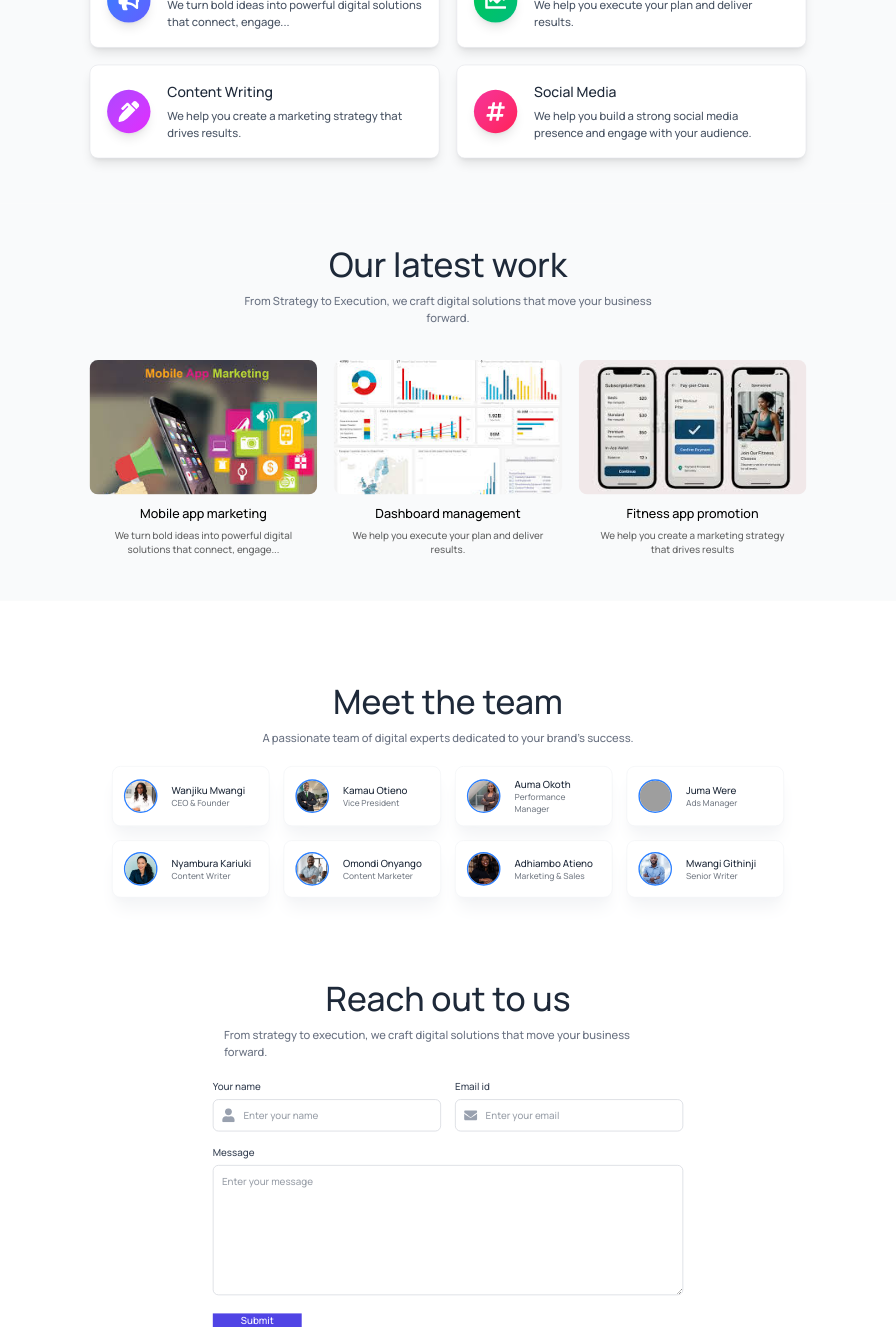
Repository: Prolenzy/magex
Page: /
The author's editor kept a copy of each file at every save. The page is drawn from the files as they stood at one save, then again after a run of saves.
The browser window is 1280 px wide. The pictures show the part of the page from y = 1396 to 3316 px (the page is 3292 px tall before and 3316 px after), at 70% of full size.
Pictures or frames that could not be fetched are drawn as grey boxes. The project was rebuilt for these pictures with package versions that can differ from the ones it lists, and the page was loaded fresh each time. Also part of the build but not shown: vite.config.js.

Above is the page before, as saved 2025-08-17 03:32:09.

### index.html
<!doctype html>
<html lang="en" class="scroll-smooth">
  <head>
    <meta charset="UTF-8" />
    <link rel="icon" type="image/svg+xml" href="/touch-icon.png" />
    <meta name="viewport" content="width=device-width, initial-scale=1.0" />
    <title>Magex | Digital Experiences Powered by Imagination</title>
  </head>
  <body>
    <div id="root"></div>
    <script type="module" src="/src/main.jsx"></script>
  </body>
</html>

### src/index.css
@import url('https://fonts.googleapis.com/css2?family=Manrope:wght@200..800&display=swap');

@import "tailwindcss";

/* @custom-variant dark (&:where(.dark, .dark *)); */

*{
  font-family: "Manrope", sans-serif;
  font-weight: 500;
}

@theme {
  --color-primary: #5044E5;
}

### src/App.jsx
import React from 'react'
import Navbar from './components/Navbar'
import Hero from './components/Hero'
import Trustedby from './components/Trustedby'
import Services from './components/Services'
import OurWork from './components/OurWork'
import Teams from './components/Teams'
import ContactUs from './components/ContactUs'

const App = () => {
  return (
    <div>
      <Navbar />
      <Hero />
      <Trustedby />
      <Services />
      <OurWork />
      <Teams />
      <ContactUs />
    </div>
  )
}

export default App

### src/components/Navbar.jsx
import React, { useState } from 'react'

const Navbar = () => {

    const [sidebarOpen, setSidebarOpen] = useState(false)
  return (
    <div className='flex justify-between items-center px-4 sm:px-12 lg:px-24 xl:px-40 py-4
    sticky top-0 z-20 backdrop-blur-xl font-medium bg-white/50 dark:bg-gray-900/70'>

        <img src='/dox1.png' className='w-32 sm:w-40' alt=''/>

        <div className={`text-gray-700 sm:text-sm ${!sidebarOpen ? 'max-sm:w-0 overflow-hidden' :
        'max-sm:w-60 max-sm:pl-10'} max-sm:fixed top-0 bottom-0 right-0 max-sm:min-h-screen
        max-sm:h-full max-sm:flex-col max-sm:bg-primary max-sm:text-white max-sm:pt-20
        flex sm:items-center gap-5 transition-all`}>

             <img src='/ter1.png' alt='' className='w-5 absolute right-4 top-4 sm:hidden'
             onClick={() => setSidebarOpen(false)}/>

            <a onClick={() => setSidebarOpen(false)} href='#' className='sm:hover:border-b'>Home</a>
            <a onClick={() => setSidebarOpen(false)} href='#services' className='sm:hover:border-b'>services</a>
            <a onClick={() => setSidebarOpen(false)} href='#our-work' className='sm:hover:border-b'>Our Work</a>
            <a onClick={() => setSidebarOpen(false)} href='#contact-us' className='sm:hover:border-b'>Contact Us</a>
        </div>
        <div className='flex items-center gap-2 sm:gap-4'>

            <img src='/2001.png' alt='' onClick={() => setSidebarOpen(true)}
            className='w-8 sm:hidden' />
            <a href='#contact-us' className='text-sm max-sm:hidden flex items-center gap-2
            bg-primary text-white px-6 py-2 rounded-full cursor-pointer
            hover:scale-103 transition-all'>
                Connect <img src='/vay1.png' width={14} alt=''/>
            </a>
        </div>
    </div>
  )
}

export default Navbar

### src/components/Hero.jsx
import React from 'react'

const Hero = () => {
  return (
    <div id='hero' className='flex flex-col items-center gap-6 py-20 px-4 sm:px-12 lg:px-24
    xl:px-40 text-center w-full overflow-hidden text-gray-700'>

        <h1 className='text-4xl sm:text-5xl md:text-6xl xl:text-[84px] font-medium xl-leading-[95px]
        max-w-5xl'>
            Turning imaginations into <span className='bg-gradient-to-r from-[#5044e5]
            to-[#4d8cea] bg-clip-text text-transparent'>digital</span> impact.
        </h1>

        <p className='text-sm sm:text-lg font-medium text-gray-500 dark:text-white/75
        max-w-4/5 sm:max-w-lg pm-3'>Creating meaningful connections and turning big ideas
        into interactive digital
            experiences.</p>

            <div className='relative'>
                <img src='/macbook1.png' alt='' className='w-full max-w-6xl'/>
            </div>
    </div>
  )
}

export default Hero

### src/components/Trustedby.jsx
import React from 'react'

const Trustedby = () => {
    const company_logos = [
    '/Amazon1.png',
    '/fedex1.png',
    '/Hyundai1.png',
    '/mobil1.png',
    '/Nivea1.png',
    '/rolex1.png'
  ];
  return (
    <div className='flex flex-col items-center px-4 sm:px-12 lg:px-24 xl:px-40 gap-10
    text-gray-700 dark:text-white/80'>
        <h2 className='font-semibold'>Trusted by Leading Companies</h2>
        <div className='flex items-center justify-center flex-wrap gap-10 m-4'>
            {company_logos.map((logo, index) => (
                <img key={index} src={logo} alt={`Company Logo ${index + 1}`} className='max-h-10
                sm:max-h-12 md:max-h-14 dark:drop-shadow-1xl object-contain' />
            ))}
        </div>
    </div>
  )
}

export default Trustedby

### src/components/Services.jsx
import React from 'react';
import Title from './Title';
import {
  FaBullhorn, FaChartLine, FaPenAlt, FaHashtag
} from 'react-icons/fa';
import ServiceCard from './ServiceCard';

const Services = () => {
  const servicesData = [
    {
      title: 'Advertising',
      description: 'We turn bold ideas into powerful digital solutions that connect, engage...',
      icon: <FaBullhorn className="text-3xl" />,
      color: 'from-blue-500 to-indigo-500'
    },
    {
      title: 'Content Marketing',
      description: 'We help you execute your plan and deliver results.',
      icon: <FaChartLine className="text-3xl" />,
      color: 'from-green-500 to-emerald-500'
    },
    {
      title: 'Content Writing',
      description: 'We help you create a marketing strategy that drives results.',
      icon: <FaPenAlt className="text-3xl" />,
      color: 'from-purple-500 to-fuchsia-500'
    },
    {
      title: 'Social Media',
      description: 'We help you build a strong social media presence and engage with your audience.',
      icon: <FaHashtag className="text-3xl" />,
      color: 'from-pink-500 to-rose-500'
    }
  ];

  return (
    <section id='services' className='relative py-16 px-4 sm:px-8 lg:px-16 xl:px-32 bg-gray-50 dark:bg-gray-900'>
      <div className='max-w-7xl mx-auto flex flex-col items-center'> {/* Centered container */}
        <div className='w-full text-center mb-12'> {/* Full width but centered content */}
          <Title
            title='How can we help?'
            desc='From strategy to execution, we craft digital solutions that move your business forward.'
          />
        </div>

        <div className='grid grid-cols-1 md:grid-cols-2 gap-6 w-full'>
          {servicesData.map((service, index) => (
            <ServiceCard
              key={index}
              service={service}
              index={index}
            />
          ))}
        </div>
      </div>
    </section>
  );
};

export default Services;

### src/components/OurWork.jsx
import React from 'react'
import Title from './Title'

const OurWork = () => {
    const workData = [
        {
            title: 'Mobile app marketing',
            description: 'We turn bold ideas into powerful digital solutions that connect, engage...',
            image: '/mobile.jpeg'
        },
        {
            title: 'Dashboard management',
            description: 'We help you execute your plan and deliver results.',
            image: '/dashboard.jpeg'
        },
        {
            title: 'Fitness app promotion',
            description: 'We help you create a marketing strategy that drives results',
            image: '/fitness.jpeg'
        }
    ]

    return (
        <section id='our-work' className='py-16 px-4 sm:px-8 lg:px-16 xl:px-32 bg-gray-50 dark:bg-gray-900'>
            <div className='max-w-7xl mx-auto'>
                {/* Centered Title Section */}
                <div className='text-center mb-12'>
                    <Title
                        title='Our latest work'
                        desc='From Strategy to Execution, we craft digital solutions that move your business forward.'
                    />
                </div>

                {/* Centered Work Grid */}
                <div className='flex justify-center'>
                    <div className='grid sm:grid-cols-2 lg:grid-cols-3 gap-6 w-full max-w-5xl'>
                        {workData.map((work, index) => (
                            <div
                                key={index}
                                className='hover:scale-102 duration-500 transition-all cursor-pointer group text-center'
                            >
                                <div className='overflow-hidden rounded-xl mx-auto w-full'>
                                    <img
                                        src={work.image}
                                        className='w-full h-48 object-cover group-hover:scale-105 transition-transform duration-300'
                                        alt={work.title}
                                    />
                                </div>
                                <h3 className='mt-3 mb-2 text-lg font-semibold'>{work.title}</h3>
                                <p className='text-sm opacity-60 px-4'>{work.description}</p>
                            </div>
                        ))}
                    </div>
                </div>
            </div>
        </section>
    )
}

export default OurWork;

### src/components/Teams.jsx
import React from 'react';
import Title from './Title';

const Teams = () => {
  const teamData = [
    {
      name: 'Wanjiku Mwangi',
      title: 'CEO & Founder',
      image: '/wanjiku-ceo.jpeg' // Kenyan female executive
    },
    {
      name: 'Kamau Otieno',
      title: 'Vice President',
      image: '/kamau-vp.jpeg' // Kenyan male professional
    },
    {
      name: 'Auma Okoth',
      title: 'Performance Manager',
      image: '/auma-pm.jpeg' // Kenyan female manager
    },
    {
      name: 'Juma Were',
      title: 'Ads Manager',
      image: '/juma-ads.jpeg' // Kenyan male marketer
    },
    {
      name: 'Nyambura Kariuki',
      title: 'Content Writer',
      image: '/nyambura-writer.jpeg' // Kenyan female writer
    },
    {
      name: 'Omondi Onyango',
      title: 'Content Marketer',
      image: '/omondi-marketer.jpeg' // Kenyan male professional
    },
    {
      name: 'Adhiambo Atieno',
      title: 'Marketing & Sales',
      image: '/adhiambo-sales.jpeg' // Kenyan female sales executive
    },
    {
      name: 'Mwangi Githinji',
      title: 'Senior Writer',
      image: '/mwangi-senior-writer.jpeg' // Kenyan male senior professional
    }
  ];

  return (
    <div className='flex flex-col items-center gap-7 px-4 sm:px-12 lg:px-24 xl:px-40 pt-30 text-gray-800 dark:text-gray-100'>
      <Title
        title='Meet the team'
        desc="A passionate team of digital experts dedicated to your brand's success."
      />
      <div className='grid grid-cols-2 md:grid-cols-3 xl:grid-cols-4 gap-5 w-full'>
        {teamData.map((team, index) => (
          <div
            key={index}
            className='flex max-sm:flex-col items-center gap-5 p-4 rounded-xl border border-gray-100 dark:border-gray-700 bg-white dark:bg-gray-800 shadow-xl shadow-gray-100 dark:shadow-gray-900 hover:scale-103 transition-all duration-400'
          >
            <img
              src={team.image}
              className='w-12 h-12 rounded-full object-cover border-2 border-blue-500'
              alt={`${team.name}, ${team.title}`}
            />
            <div className='flex-1'>
              <h3 className='font-bold text-sm'>{team.name}</h3>
              <p className='text-xs opacity-60 dark:opacity-80'>{team.title}</p>
            </div>
          </div>
        ))}
      </div>
    </div>
  );
};

export default Teams;

### src/components/ContactUs.jsx
import React from 'react'
import Title from './Title'
import { FaEnvelope, FaUser } from 'react-icons/fa'; // Import the icon

const ContactUs = () => {
  return (
    <div id='contact-us' className='flex flex-col items-center gap-7 px-4 sm:px-12 lg:px-24 xl:px-40 pt-30
    text-gray-700'>
        <Title title='Reach out to us' desc='From strategy to execution, we craft digital solutions that move your
        business forward.' />

        <form className='grid sm:grid-cols-2 gap-3 sm:gap-5 max-w-2xl w-full'>
            <div>
                <p className='mb-2 text-sm font-medium'>Your name</p>
                <div className='flex items-center pl-3 rounded-lg border border-gray-300'>
                    {/* Use the React icon component instead of the img tag */}
                    <FaUser className='text-gray-400' size={20} />
                    <input
                        type='text'
                        placeholder='Enter your name'
                        className='w-full p-3 text-sm outline-none' required
                    />
                </div>
            </div>

            <div>
                <p className='mb-2 text-sm font-medium'>Email id</p>
                <div className='flex items-center pl-3 rounded-lg border border-gray-300'>
                    {/* Use the React icon component instead of the img tag */}
                    <FaEnvelope className='text-gray-400' size={20} />
                    <input
                        type='email'
                        placeholder='Enter your email'
                        className='w-full p-3 text-sm outline-none' required
                    />
                </div>
            </div>
            <div className='sm:col-span-2'>
                <p className='mb-2 text-sm font-medium'>Message</p>
                <textarea rows={8} placeholder='Enter your message' className='w-full p-3 text-sm outline-none
                rounded-lg border border-gray-300' />
            </div>

            <button type='submit' className='w-max flex gap-2 bg-primary text-white text-sm px-10 py'>
                Submit
            </button>
        </form>
    </div>
  )
}

export default ContactUs;

### src/components/Title.jsx
import React from 'react';

const Title = ({title, desc}) => {
  return (
    <div className='flex flex-col items-center'> {/* Ensures centering */}
      <h2 className='text-3xl sm:text-5xl font-medium text-gray-800 dark:text-white mb-4'>
        {title}
      </h2>
      <p className='max-w-2xl text-gray-500 dark:text-white/75 px-4'>
        {desc}
      </p>
    </div>
  );
};

export default Title;

### src/components/ServiceCard.jsx
import React, { useState, useRef } from 'react';

const ServiceCard = ({ service, index }) => {
  const [position, setPosition] = useState({ x: 0, y: 0 });
  const [visible, setVisible] = useState(false);
  const divRef = useRef(null);

  const handleMouseMove = (e) => {
    const bounds = divRef.current.getBoundingClientRect();
    setPosition({
      x: e.clientX - bounds.left,
      y: e.clientY - bounds.top
    });
  };

  return (
    <div
      ref={divRef}
      onMouseMove={handleMouseMove}
      onMouseEnter={() => setVisible(true)}
      onMouseLeave={() => setVisible(false)}
      className="relative h-full overflow-hidden rounded-xl border border-gray-200 dark:border-gray-700 shadow-lg hover:shadow-xl transition-all duration-300 bg-white dark:bg-gray-800"
    >
      {/* Animated gradient background */}
      <div
        className={`absolute inset-0 bg-gradient-to-br ${service.color} opacity-0 transition-opacity duration-500 ${visible ? 'opacity-10' : ''}`}
        style={{
          transform: `translate(calc(${position.x}px - 50%), calc(${position.y}px - 50%)`,
          backgroundPosition: `${position.x}px ${position.y}px`
        }}
      />

      {/* Content */}
      <div className="relative z-10 p-6 h-full flex flex-col sm:flex-row items-center gap-6">
        <div className={`p-4 rounded-full bg-gradient-to-br ${service.color} text-white shadow-lg`}>
          {service.icon}
        </div>

        <div className="flex-1">
          <h3 className="text-xl font-bold text-gray-800 dark:text-white mb-2">
            {service.title}
          </h3>
          <p className="text-gray-600 dark:text-gray-300">
            {service.description}
          </p>
        </div>
      </div>
    </div>
  );
};

export default ServiceCard;

Loaded but not shown: src/main.jsx (common file)

After the next 3 saves:
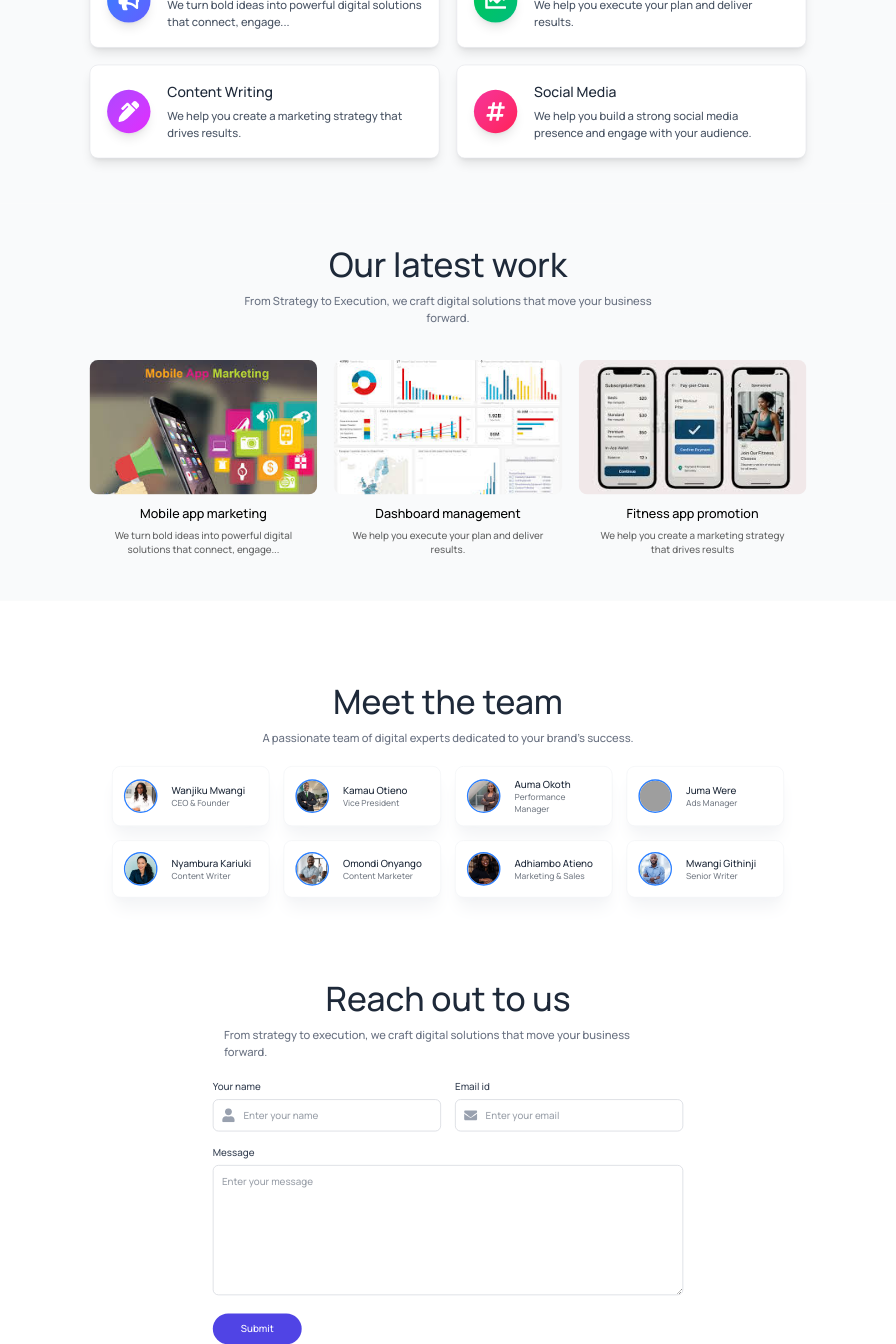
The 3 saves are shown as one change because they came seconds apart.
The last was saved 10 s later.
--- a/src/components/ContactUs.jsx
+++ b/src/components/ContactUs.jsx
@@ -41,7 +41,7 @@ const ContactUs = () => {
                 rounded-lg border border-gray-300' />
             </div>
 
-            <button type='submit' className='w-max flex gap-2 bg-primary text-white text-sm px-10 py'>
+            <button type='submit' className='w-max flex gap-2 bg-primary text-white text-sm px-10 py-3 rounded-full cursor'>
                 Submit
             </button>
         </form>
